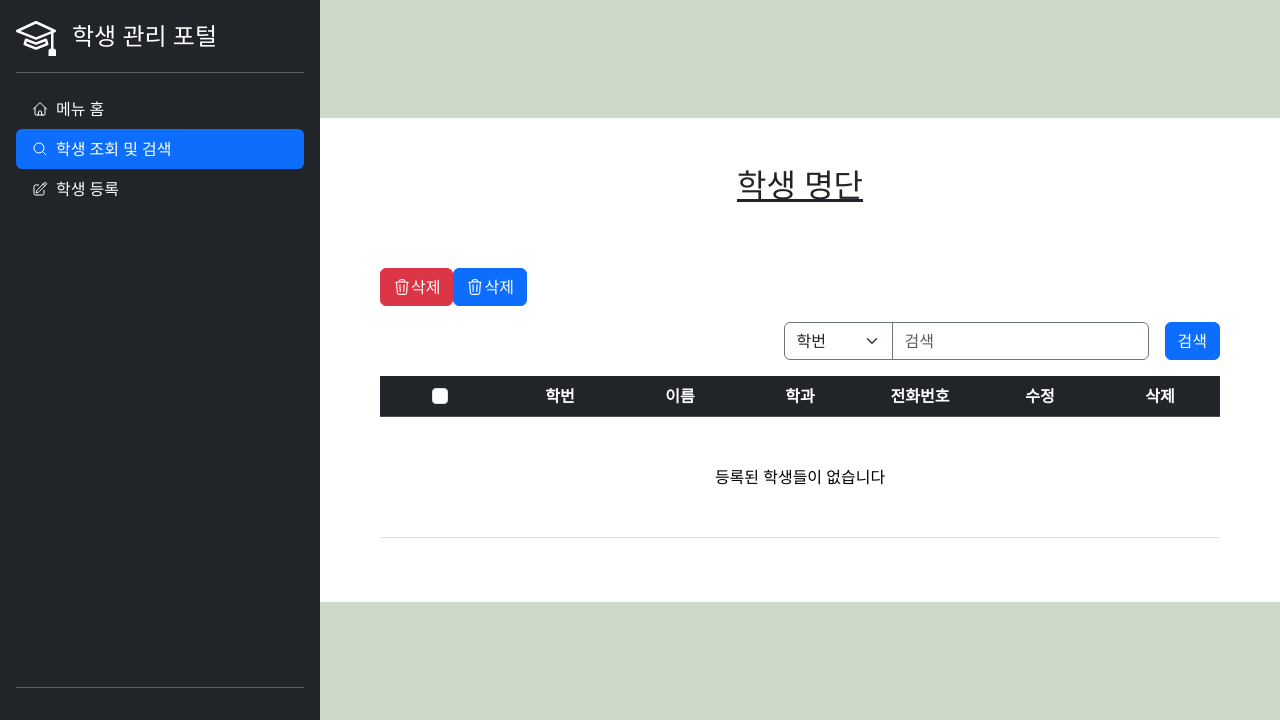
Repository: invisibleufo101/StudentManagementWeb
Page: http://localhost/HSW_Web/browseStudents.do
These files come from the project's save history. The page is drawn as it stood at one moment and after the next save; the edit follows.
The browser window is 1280 px wide. The pictures show the whole page.
The page is served by Tomcat 9. Other server files are loaded and not shown. Queries for data that is not in the repository find no rows.

Above is the page before, as saved 2024-09-25 13:19:40.

### HSW_Web/src/main/java/com/university/controller/BrowseStudentsServlet.java
package com.university.controller;

import java.io.IOException;
import java.io.PrintWriter;
import java.util.List;

import javax.servlet.ServletException;
import javax.servlet.annotation.WebServlet;
import javax.servlet.http.HttpServlet;
import javax.servlet.http.HttpServletRequest;
import javax.servlet.http.HttpServletResponse;
import javax.servlet.http.HttpSession;

import com.university.model.impl.Student;
import com.university.service.StudentService;

@WebServlet("/browseStudents.do")
public class BrowseStudentsServlet extends HttpServlet {

	private static final long serialVersionUID = 1L;

	/**
	 * 사용자가 학 조회 및 검색 탭을 눌렀을 때 호출 되는 메소드입니다.
	 */
	protected void service(HttpServletRequest request, HttpServletResponse response)
			throws ServletException, IOException {
		showContent(request, response);
	}

	/**
	 * 사용자를 위해 데이터베이스에 저장된 모든 학생들의 정보를 볼 수 있는 페이지를 생성합니다.
	 *
	 * 테이블 위에 있는 검색 기능으로 특정한 조건에 맞는 학생들을 골라 볼 수 있습니다.
	 * 학생 명단의 행을 지우고 싶다면
	 * - 각 행에 있는 체크박스를 클릭하고 테이블 위에 있는 삭제 버튼으로 다량의 행을 삭제할 수 있습니다.
	 * - 각 행에 있는 빨간 쓰레기통 아이콘을 클릭하여 하나의 행을 삭제할 수 있습니다.
	 *
	 * @param request  사용자 요청
	 * @param response 요청에 해당하는 학생 명단 페이
	 * @throws IOException
	 */
	private void showContent(HttpServletRequest request, HttpServletResponse response) throws IOException {

		HttpSession session = request.getSession();

		// Remember that there are two buttons in the same <form> tag
		// but their values are different:
		// "delete" to delete table rows
		// "search" to search for records

		// Mass Delete Student Rows
		String action = request.getParameter("action");
		if (action == null) {
			action = "";
		}

		// Delegate mass student delete action to DeleteStudentServlet
		if (action.equals("delete")) {
			String[] rowIds = request.getParameterValues("rowIds");
			if (rowIds != null) {
				request.setAttribute("rowIds", rowIds);
	            try {
					request.getRequestDispatcher("/deleteStudent.do").forward(request, response);
				} catch (ServletException | IOException e) {
					e.printStackTrace();
				}
//	            return;
			}
		}

		// Get search Category & Keyword from session
		String searchCategory = request.getParameter("search_student_category");
		String searchKeyword = request.getParameter("search_student_keyword");

		// Set default value for both search category & keyword
		if (searchCategory == null) {
			searchCategory = "search_by_id";
		}

		if (searchKeyword == null) {
			searchKeyword = "";
		}

		session.setAttribute("searchCategory", searchCategory);
		session.setAttribute("searchKeyword", searchKeyword);


		PrintWriter out = response.getWriter();

		// Head
		out.println("<!DOCTYPE html>");
		out.println("<html>");
		out.println("<head>");
		out.println("<meta charset='UTF-8'>");
		out.println("<meta name='viewport' content='width=device-width, initial-scale=1'>");
		out.println("<link rel='stylesheet' href='css/bootstrap.min.css' />");
		out.println("<script defer src='js/bootstrap.bundle.min.js'></script>");
		out.println("<link rel='icon' href='images/portal_icon.svg'/>");
		out.println("<title>학생 관리 포털</title>");
		out.println("</head>");

		// Body
		out.println("<body>");
		out.println("<main class='d-flex flex-nowrap vh-100'>");

		// Navbar
		out.println("<!-- Start of Navbar -->");
		out.println("<nav class='d-flex flex-lg-column flex-md-column flex-row flex-shrink-0 p-3 text-bg-dark' style='width: 25vw;'>");
		out.println("<a href='/' class='d-flex justify-content-around align-items-center mb-3 mb-md-0 me-md-auto text-white text-decoration-none'>");
		out.println("<svg xmlns='http://www.w3.org/2000/svg' width='40' height='40' fill='currentColor' class='bi bi-mortarboard' viewBox='0 0 16 16'>");
		out.println("<path d='M8.211 2.047a.5.5 0 0 0-.422 0l-7.5 3.5a.5.5 0 0 0 .025.917l7.5 3a.5.5 0 0 0 .372 0L14 7.14V13a1 1 0 0 0-1 1v2h3v-2a1 1 0 0 0-1-1V6.739l.686-.275a.5.5 0 0 0 .025-.917zM8 8.46 1.758 5.965 8 3.052l6.242 2.913z'/>");
		out.println("<path d='M4.176 9.032a.5.5 0 0 0-.656.327l-.5 1.7a.5.5 0 0 0 .294.605l4.5 1.8a.5.5 0 0 0 .372 0l4.5-1.8a.5.5 0 0 0 .294-.605l-.5-1.7a.5.5 0 0 0-.656-.327L8 10.466zm-.068 1.873.22-.748 3.496 1.311a.5.5 0 0 0 .352 0l3.496-1.311.22.748L8 12.46z'/>");
		out.println("</svg>");
		out.println("<span class='ms-3' style='font-size: 1.5rem;'>학생 관리 포털</span>");
		out.println("</a>");
		out.println("<hr/>");
		out.println("<ul class='nav nav-pills flex-column mb-auto'>");

		// 홈
		out.println("<!-- Menu Home -->");
		out.println("<li class='nav-item'>");
		out.println("<a href='/' class='nav-link text-white'>");
		out.println("<div class='d-flex align-items-center'>");
		out.println("<svg class='bi me-2' xmlns='http://www.w3.org/2000/svg' fill='none' viewBox='0 0 24 24' stroke-width='1.5' stroke='currentColor' width='16' height='16'>");
		out.println("<path stroke-linecap='round' stroke-linejoin='round' d='m2.25 12 8.954-8.955c.44-.439 1.152-.439 1.591 0L21.75 12M4.5 9.75v10.125c0 .621.504 1.125 1.125 1.125H9.75v-4.875c0-.621.504-1.125 1.125-1.125h2.25c.621 0 1.125.504 1.125 1.125V21h4.125c.621 0 1.125-.504 1.125-1.125V9.75M8.25 21h8.25' />");
		out.println("</svg>");
		out.println("<p class='m-0'>메뉴 홈</p>");
		out.println("</div>");
		out.println("</a>");
		out.println("</li>");

		// 학생 조회 및 검색
		out.println("<!-- List and Search Students -->");
		out.println("<li>");
		out.println("<a href='/browseStudents.do' class='nav-link active'>");
		out.println("<div class='d-flex align-items-center'>");
		out.println("<svg class='bi me-2' xmlns='http://www.w3.org/2000/svg' fill='none' viewBox='0 0 24 24' stroke-width='1.5' stroke='currentColor' width='16' height='16'>");
		out.println("<path stroke-linecap='round' stroke-linejoin='round' d='m21 21-5.197-5.197m0 0A7.5 7.5 0 1 0 5.196 5.196a7.5 7.5 0 0 0 10.607 10.607Z'/>");
		out.println("</svg>");
		out.println("<p class='m-0'>학생 조회 및 검색</p>");
		out.println("</div>");
		out.println("</a>");
		out.println("</li>");

		// 학생 등록
		out.println("<!-- Register Student -->");
		out.println("<li>");
		out.println("<a href='/register_student.html' class='nav-link text-white'>");
		out.println("<div class='d-flex align-items-center'>");
		out.println("<svg class='bi me-2' xmlns='http://www.w3.org/2000/svg' fill='none' viewBox='0 0 24 24' stroke-width='1.5' stroke='currentColor' width='16' height='16'>");
		out.println("<path stroke-linecap='round' stroke-linejoin='round' d='m16.862 4.487 1.687-1.688a1.875 1.875 0 1 1 2.652 2.652L10.582 16.07a4.5 4.5 0 0 1-1.897 1.13L6 18l.8-2.685a4.5 4.5 0 0 1 1.13-1.897l8.932-8.931Zm0 0L19.5 7.125M18 14v4.75A2.25 2.25 0 0 1 15.75 21H5.25A2.25 2.25 0 0 1 3 18.75V8.25A2.25 2.25 0 0 1 5.25 6H10' />");
		out.println("</svg>");
		out.println("<p class='m-0'>학생 등록</p>");
		out.println("</div>");
		out.println("</a>");
		out.println("</li>");
		out.println("</ul>");
		out.println("<hr/>");
		out.println("</nav>");
		out.println("<!-- End of Navbar -->");

		// 학생 명단
		out.println("<section class='d-flex justify-content-center align-items-center' style='width: 75vw; background-color: #ced9c7;'>");
		out.println("<!-- Start of Student List -->");
		out.println("<div class='container mx-auto bg-white' style='max-height: 80vh; overflow-y: auto;'>");
		out.println("<h2 class='pt-5 text-center text-decoration-underline mb-3'>학생 명단</h2>");


		// 검색 창 (학번, 이름, 학과, 전화번호)
		out.println("<div class='p-5'>");
		out.println("<form action='/browseStudents.do' method='POST'>");
		out.println("<div class='row g-3 justify-content-end'>");

		// 학생 대량 삭제 버튼
		out.println("<div class='me-auto d-flex align-items-center'>");
		out.println("<button class='btn btn-danger d-flex align-items-center justify-content-between' type='submit' name='action' value='delete'>");
		out.println("<svg xmlns='http://www.w3.org/2000/svg' fill='none' viewBox='0 0 24 24' stroke-width='1.5' stroke='currentColor' height='18' width='18'>");
		out.println("<path stroke-linecap='round' stroke-linejoin='round' d='m14.74 9-.346 9m-4.788 0L9.26 9m9.968-3.21c.342.052.682.107 1.022.166m-1.022-.165L18.16 19.673a2.25 2.25 0 0 1-2.244 2.077H8.084a2.25 2.25 0 0 1-2.244-2.077L4.772 5.79m14.456 0a48.108 48.108 0 0 0-3.478-.397m-12 .562c.34-.059.68-.114 1.022-.165m0 0a48.11 48.11 0 0 1 3.478-.397m7.5 0v-.916c0-1.18-.91-2.164-2.09-2.201a51.964 51.964 0 0 0-3.32 0c-1.18.037-2.09 1.022-2.09 2.201v.916m7.5 0a48.667 48.667 0 0 0-7.5 0' />");
		out.println("</svg>");
		out.println("삭제</button>");

		// 학생 등록 버튼
		out.println("<button class='btn btn-primary d-flex align-items-center justify-content-between' type='submit' name='action' value='delete'>");
		out.println("<svg xmlns='http://www.w3.org/2000/svg' fill='none' viewBox='0 0 24 24' stroke-width='1.5' stroke='currentColor' height='18' width='18'>");
		out.println("<path stroke-linecap='round' stroke-linejoin='round' d='m14.74 9-.346 9m-4.788 0L9.26 9m9.968-3.21c.342.052.682.107 1.022.166m-1.022-.165L18.16 19.673a2.25 2.25 0 0 1-2.244 2.077H8.084a2.25 2.25 0 0 1-2.244-2.077L4.772 5.79m14.456 0a48.108 48.108 0 0 0-3.478-.397m-12 .562c.34-.059.68-.114 1.022-.165m0 0a48.11 48.11 0 0 1 3.478-.397m7.5 0v-.916c0-1.18-.91-2.164-2.09-2.201a51.964 51.964 0 0 0-3.32 0c-1.18.037-2.09 1.022-2.09 2.201v.916m7.5 0a48.667 48.667 0 0 0-7.5 0' />");
		out.println("</svg>");
		out.println("삭제</button>");

		out.println("</div>");

		out.println("<div class='col-auto'>");
		out.println("<div class='input-group'>");

		out.println("<div class='w-20'>");
		out.println("<select class='form-select border rounded-start border-secondary' style='border-radius: 0;' name='search_student_category'>");

		// Juggle selected attribute based on the current search category & keyword stored in session
		String category = (String) session.getAttribute("searchCategory");
		if (category.equals("search_by_id")) {
			out.println("<option value='search_by_id' selected> 학번 </option>");
		} else {
			out.println("<option value='search_by_id'> 학번 </option>");
		}

		if (category.equals("search_by_name")) {
			out.println("<option value='search_by_name' selected> 이름 </option>");
		} else {
			out.println("<option value='search_by_name'> 이름 </option>");
		}

		if (category.equals("search_by_major")) {
			out.println("<option value='search_by_major' selected> 학과 </option>");
		} else {
			out.println("<option value='search_by_major'> 학과 </option>");
		}

		if (category.equals("search_by_phone_number")) {
			out.println("<option value='search_by_phone_number' selected> 전화번호 </option>");
		} else {
			out.println("<option value='search_by_phone_number'> 전화번호 </option>");
		}

		out.println("</select>");
		out.println("</div>");

		out.println("<input type='search' class='form-control border border-secondary' id='search_student_keyword' name='search_student_keyword' placeholder='검색' value='"
						+ session.getAttribute("searchKeyword") + "'>");
		out.println("</div>");
		out.println("</div>");
		out.println("<div class='col-auto'>");
		out.println("<button type='submit' class='btn btn-primary mb-3' name='action' value='search'>검색</button>");
		out.println("</div>");
		out.println("</div>");
		out.println("<table class='table table-hover text-center w-100 overflow-y-hidden' style='table-layout: fixed;'> ");
		out.println("<thead class='table-dark sticky-top top-0 pt-3 bg-white'>");
		out.println("<tr>");
		out.println("<th scope='col'><input type='checkbox' class='form-check-input' onclick='checkAllRows(this)' /></th>");
		out.println("<th scope='col'>학번</th>");
		out.println("<th scope='col'>이름</th>");
		out.println("<th scope='col'>학과</th>");
		out.println("<th scope='col'>전화번호</th>");
		out.println("<th scope='col'>수정</th>");
		out.println("<th scope='col'>삭제</th>");
		out.println("</tr>");
		out.println("</thead>");
		out.println("<tbody>");

		// Show rows of Student record from the Database
		StudentService studentService = new StudentService();
		String keyword = (String) session.getAttribute("searchKeyword");

		List<Student> students = studentService.getAllStudents(category, keyword);
		// If the keyword is empty and there are still no results ==> then it's for sure empty
		// This is because ALL records of students are fetched via : SELECT * FROM student WHERE (searchCategory) LIKE (searchKeyword);
		if (!keyword.equals("") && students.isEmpty()) {
			out.println("<tr>");
			out.println("<td class='p-5' colspan='7'>검색 결과에 해당하는 학생들이 없습니다</td>");
			out.println("</tr>");
		// If there are no REGISTERED students
		} else if (students.isEmpty()) {
			out.println("<tr>");
			out.println("<td class='p-5' colspan='7'>등록된 학생들이 없습니다</td>");
			out.println("</tr>");
		} else {
			for (Student student : students) {
				out.println("<tr>");
				out.println("<td><input type='checkbox' class='form-check-input row-checkbox' name='rowIds' value='" + student.getField("id") + "'/></td>");
				out.println("<td>" + student.getField("studentId") + "</td>");
				out.println("<td>" + student.getField("name") + "</td>");
				out.println("<td>" + student.getField("major") + "</td>");
				out.println("<td>" + student.getField("phoneNumber") + "</td>");
				out.println("<td>");
				out.println("<a href='readStudent.do?id=" + student.getField("id") + "' class='icon-link icon-link-hover text-primary'>");
				out.println("<svg xmlns='http://www.w3.org/2000/svg' fill='none' viewBox='0 0 24 24' stroke-width='1.5' stroke='currentColor' width='18' height='18'>");
				out.println("<path stroke-linecap='round' stroke-linejoin='round' d='m16.862 4.487 1.687-1.688a1.875 1.875 0 1 1 2.652 2.652L6.832 19.82a4.5 4.5 0 0 1-1.897 1.13l-2.685.8.8-2.685a4.5 4.5 0 0 1 1.13-1.897L16.863 4.487Zm0 0L19.5 7.125' />");
				out.println("</svg>");
				out.println("</a>");
				out.println("</td>");
				out.println("<td>");
				out.println("<a href='deleteStudent.do?id=" + student.getField("id") + "' class='icon-link icon-link-hover text-danger'>");
				out.println("<svg xmlns='http://www.w3.org/2000/svg' fill='none' viewBox='0 0 24 24' stroke-width='1.5' stroke='currentColor' width='18' height='18'>");
				out.println("<path stroke-linecap='round' stroke-linejoin='round' d='m14.74 9-.346 9m-4.788 0L9.26 9m9.968-3.21c.342.052.682.107 1.022.166m-1.022-.165L18.16 19.673a2.25 2.25 0 0 1-2.244 2.077H8.084a2.25 2.25 0 0 1-2.244-2.077L4.772 5.79m14.456 0a48.108 48.108 0 0 0-3.478-.397m-12 .562c.34-.059.68-.114 1.022-.165m0 0a48.11 48.11 0 0 1 3.478-.397m7.5 0v-.916c0-1.18-.91-2.164-2.09-2.201a51.964 51.964 0 0 0-3.32 0c-1.18.037-2.09 1.022-2.09 2.201v.916m7.5 0a48.667 48.667 0 0 0-7.5 0' />");
				out.println("</svg>");
				out.println("</a>");
				out.println("</td>");
				out.println("</tr>");
			}
		}

		out.println("</tbody>");
		out.println("</table>");
		out.println("</div>");
		out.println("<!-- End of Student List -->");
		out.println("</form>");
		out.println("</section>");
		out.println("</main>");

		// Script to check ALL checkboxes in table rows
		// Code provided by chatGPT
		out.println("<script>");
		out.println("function checkAllRows(tableHeadCheckBox) {");
		out.println("let checkboxes = document.querySelectorAll('input[type=\"checkbox\"].row-checkbox');");
		out.println("checkboxes.forEach(checkbox => checkbox.checked = tableHeadCheckBox.checked);");
		out.println("}");
		out.println("</script>");

		out.println("</body>");
		out.println("</html>");

		out.close();
	}
}

### HSW_Web/src/main/java/com/university/service/StudentService.java
package com.university.service;

import java.util.List;
import java.util.Map;

import com.university.model.impl.Student;
import com.university.querybuilder.QueryBuilder;

public class StudentService {

	private QueryBuilder queryBuilder = new QueryBuilder(Student.class); // QueryBuilder 객체로 데이터베이스에 대한 작업을 처리합니다.

	public StudentService() {}

	/**
	 * 검색 카테고리와 키워드에 따라 학생들을 출력합니다.
	 *
	 * @param searchStudentId 학생 명단에 학번으로 학생 검색 기능을 구현하기 위한 조건 값
	 * @return 				  검색으로 찾으려는 학생
	 */
	public List<Student> getAllStudents(String searchCategory, String searchKeyword) {

		if (searchCategory.equals("search_by_id")) {
			return queryBuilder.select("*").whereLike("studentId", searchKeyword + "%").getAll();
		} else if (searchCategory.equals("search_by_name")) {
			return queryBuilder.select("*").whereLike("name", "%" + searchKeyword + "%").getAll();
		} else if (searchCategory.equals("search_by_major")) {
			return queryBuilder.select("*").whereLike("major", searchKeyword + "%").getAll();
		} else if (searchCategory.equals("search_by_phone_number")) {
			return queryBuilder.select("*").whereLike("phoneNumber", "%" + searchKeyword + "%").getAll();
		}

		return queryBuilder.select("*").getAll();
	}

	/**
	 * id 항목의 값을 바탕으로 특정한 학생을 검색합니다.
	 *
	 * @param id Student 테이블에 있는 기본키
	 * @return	 검색하려는 Student 객체
	 */
	public Student getStudent(Long id) {
		Student student = queryBuilder.select("*").where("id", id).get();
		return student;
	}

	/**
	 * 인자 값으로 받은 Student 객체의 정보를 바탕으로 student 데이터베이스 테이블에 새로운 행을 하나 추가합니다.
	 *
	 * @param student 테이블에 추가할 데이터를 가지고 있는 Student 객체
	 */
	public void createStudent(Student student) {
		String studentId = (String) student.getField("studentId");
		String name = (String) student.getField("name");
		String major = (String) student.getField("major");
		String phoneNumber = (String) student.getField("phoneNumber");

		queryBuilder.insert("studentId", "name", "major", "phoneNumber").values(studentId, name, major, phoneNumber).execute();
	}

	/**
	 * 인자 값으로 받는 Student 객체의 정보를 토대로 student 테이블에 있는 행을 수정합니다.
	 *
	 * @param student 수정할 정보를 가지고 있는 Student 객체
	 */
	public void updateStudent(Student student) {
		Long id = (Long) student.getField("id");
		String major = (String) student.getField("major");
		String phoneNumber = (String) student.getField("phoneNumber");

		queryBuilder.update().set("major", major).set("phoneNumber", phoneNumber).where("id", id).execute();
	}

	/**
	 * 기본키인 id 항목을 바탕으로 특정 학생을 데이터베이스에서 삭제합니다.
	 *
	 * @param id student 테이블의 기본키
	 */
	public void deleteStudent(Long id) {
		queryBuilder.delete().where("id", id).execute();
	}
}

### HSW_Web/src/main/java/com/university/model/FieldHandler.java
package com.university.model;

import java.lang.reflect.Field;
import java.util.HashMap;
import java.util.Map;

import com.university.querybuilder.TypeCastHandler;

public class FieldHandler {

	private Object model;
	private Map<String, Field> fieldMap;

	/**
	 *
	 * 모델 객체를 기반으로 필드를 초기화하고 getFields()와 setFields()에 필요한 필드 맵을 구성합니다.
	 *
	 * @param model 필드를 처리할 모델 객체
	 */
	public FieldHandler(Object model) {
		this.model = model;
		this.fieldMap = getFieldMap(model);
	}

	/**
	 * 모델 객체에 필드에 값을 설정합니다. 필드 맵으로 해당 인자 값으로 받는 필드의 유무를 확인하며 없다면
	 * NoSuchFieldException 예외를 던집니다.
	 *
	 * @param 필드 이름
	 * @param 받을 값
	 */
	public void setField(String column, Object value) {
		try {
			column = convertToLowerCase(column);
			Field field = fieldMap.get(column);
			if (field == null) {
				throw new NoSuchFieldException("Field name: " + column + " does not exist!");
			}
			field.setAccessible(true);
			Object castedValue = TypeCastHandler.convertToFieldType(field, value);
			field.set(model, castedValue);
		} catch (NoSuchFieldException | IllegalAccessException e) {
			e.printStackTrace();
		}
	}

	/**
	 * 모델 객체가 가지고 있는 필드로부터 해당하는 값을 가져옵니다.
	 *
	 * @param  필드 이름
	 * @return 필드에 저장된 값
	 */
	public Object getField(String column) {
		try {
			column = convertToLowerCase(column);
			Field field = fieldMap.get(column);
			if (field == null) {
				throw new NoSuchFieldException("Field name: " + column + "does not exist!");
			}
			field.setAccessible(true);
			return field.get(model);
		} catch (NoSuchFieldException | IllegalAccessException e) {
			e.printStackTrace();
			return null;
		}
	}

	/**
	 * 모델 객체의 선언된 필드를 가져와 필드 맵을 구성합니다.
	 *
	 * @param model 필드를 처리할 모델 객체
	 * @return 필드 이름과 Field 객체가 Key-Value pair로 담긴 맵
	 */
	private Map<String, Field> getFieldMap(Object model) {
		Map<String, Field> fieldMap = new HashMap<>();
		Field[] fields = model.getClass().getDeclaredFields();
		for (Field field : fields) {
			field.setAccessible(true);
			fieldMap.put(field.getName().toLowerCase(), field);
		}
		return fieldMap;
	}

	/**
	 * QueryBuilder 객체로부터 받는 테이블 항목 이름을 소문자로 변환하고 "_"를 제거합니다. 데이터베이스는 snake_case를
	 * 쓰지만 자바는 camelCase를 쓰기 때문에 데이터베이스로부터 값을 가져올 시 필드 이름을 한번 처리해야 됩니다.
	 *
	 * @param columnName 변환할 컬럼 이름
	 * @return 변환된 소문자 컬럼 이름
	 */
	private String convertToLowerCase(String columnName) {
		String lowerCaseColumn = columnName.toLowerCase().replace("_", "");
		return lowerCaseColumn;
	}
}

### HSW_Web/src/main/java/com/university/util/JDBCUtil.java
package com.university.util;

import java.sql.Connection;
import java.sql.DriverManager;
import java.sql.PreparedStatement;
import java.sql.ResultSet;
import java.sql.SQLException;

public class JDBCUtil {

	/**
	 * DriverManager 객체를 이용하여 H2 데이터베이스에 연결을 합니다.
	 *
	 * 연결을 실패할 경우 null값을 반환합니다.
	 * @return
	 */
	public static Connection getConnection() {
		Connection conn = null;

		try {
			DriverManager.registerDriver(new org.h2.Driver());

			String jdbcUrl = "jdbc:h2:tcp://localhost/~/HSW_Web;CASE_INSENSITIVE_IDENTIFIERS=TRUE";
			String userName = "sa";
			String password = "1234";
			conn = DriverManager.getConnection(jdbcUrl, userName, password);
		} catch (SQLException e) {
			e.printStackTrace();
		}

		return conn;
	}


	/**
	 * H2 데이터베이스에 연결을 끊습니다.
	 * PreparedStatement, Connection 객체들이 null 상태인지 먼저 확인한 후 연결을 끊습니다.
	 *
	 * @param pstmt
	 * @param conn
	 */
	public static void close(PreparedStatement pstmt, Connection conn) {
		try {
			if (pstmt != null) {
				pstmt.close();
			}
		} catch (SQLException e) {
			e.printStackTrace();
		}

		try {
			if (conn != null) {
				conn.close();
			}
		} catch (SQLException e) {
			e.printStackTrace();
		}
	}

	/**
	 * H2 데이터베이스에 연결을 끊습니다. QueryBuilder에서 get(), getAll() 메소드를 위한 연결을 끊는 방식입니다.
	 * 각 ResultSet, PreparedStatement, Connection 객체들이 null 상태인지 먼저 확인한 후 연결을 끊습니다.
	 *
	 * @param pstmt
	 * @param conn
	 */
	public static void close(ResultSet rs, PreparedStatement pstmt, Connection conn) {
		try {
			if (rs != null) {
				rs.close();
			}
		} catch (SQLException e) {
			e.printStackTrace();
		}

		try {
			if (pstmt != null) {
				pstmt.close();
			}
		} catch (SQLException e) {
			e.printStackTrace();
		}

		try {
			if (conn != null) {
				conn.close();
			}
		} catch (SQLException e) {
			e.printStackTrace();
		}

	}
}

Loaded but not shown: HSW_Web/src/main/webapp/css/bootstrap.min.css (library); HSW_Web/src/main/webapp/js/bootstrap.bundle.min.js (library); HSW_Web/src/main/java/com/university/querybuilder/QueryBuilder.java (405 lines, source omitted); HSW_Web/src/main/java/com/university/querybuilder/QueryExecutor.java (146 lines, source omitted); HSW_Web/src/main/java/com/university/querybuilder/RowMapHandler.java (84 lines, source omitted)

After the next save:
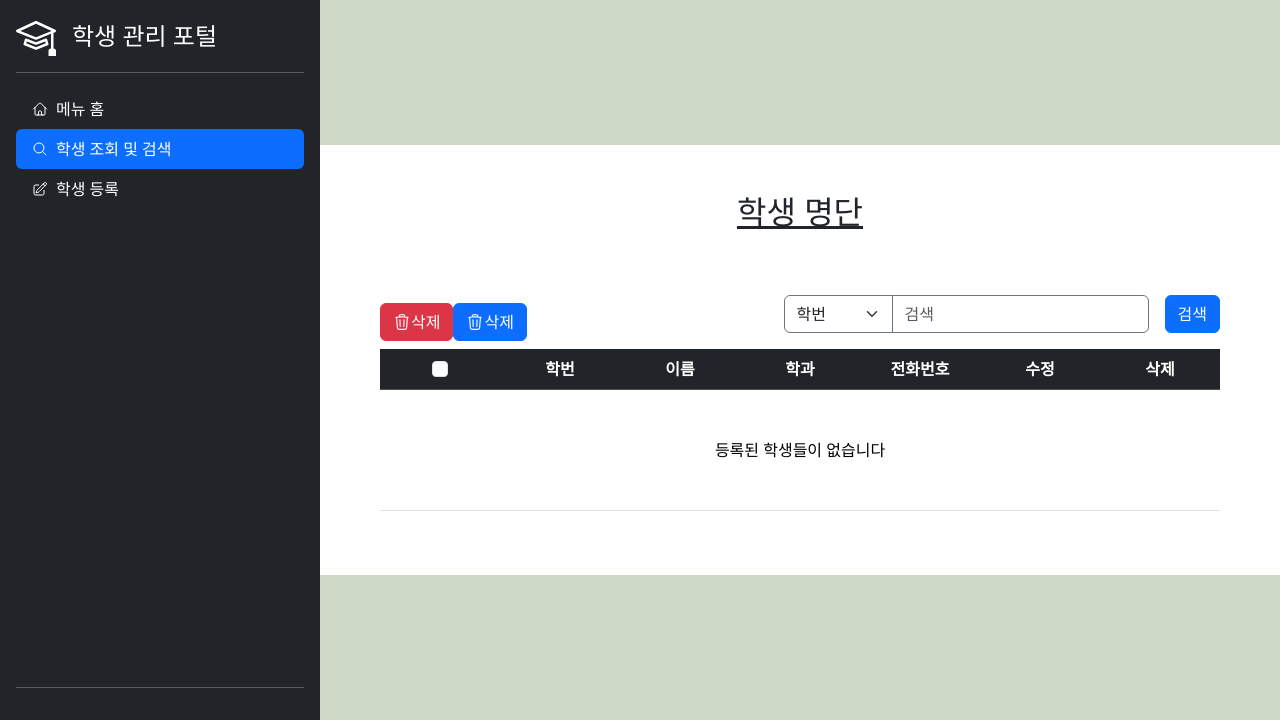
Saved 22 s later.
--- a/HSW_Web/src/main/java/com/university/controller/BrowseStudentsServlet.java
+++ b/HSW_Web/src/main/java/com/university/controller/BrowseStudentsServlet.java
@@ -172,7 +172,7 @@ public class BrowseStudentsServlet extends HttpServlet {
 		out.println("<div class='row g-3 justify-content-end'>");
 
 		// 학생 대량 삭제 버튼
-		out.println("<div class='me-auto d-flex align-items-center'>");
+		out.println("<div class='me-auto col-auto d-flex align-items-center'>");
 		out.println("<button class='btn btn-danger d-flex align-items-center justify-content-between' type='submit' name='action' value='delete'>");
 		out.println("<svg xmlns='http://www.w3.org/2000/svg' fill='none' viewBox='0 0 24 24' stroke-width='1.5' stroke='currentColor' height='18' width='18'>");
 		out.println("<path stroke-linecap='round' stroke-linejoin='round' d='m14.74 9-.346 9m-4.788 0L9.26 9m9.968-3.21c.342.052.682.107 1.022.166m-1.022-.165L18.16 19.673a2.25 2.25 0 0 1-2.244 2.077H8.084a2.25 2.25 0 0 1-2.244-2.077L4.772 5.79m14.456 0a48.108 48.108 0 0 0-3.478-.397m-12 .562c.34-.059.68-.114 1.022-.165m0 0a48.11 48.11 0 0 1 3.478-.397m7.5 0v-.916c0-1.18-.91-2.164-2.09-2.201a51.964 51.964 0 0 0-3.32 0c-1.18.037-2.09 1.022-2.09 2.201v.916m7.5 0a48.667 48.667 0 0 0-7.5 0' />");
